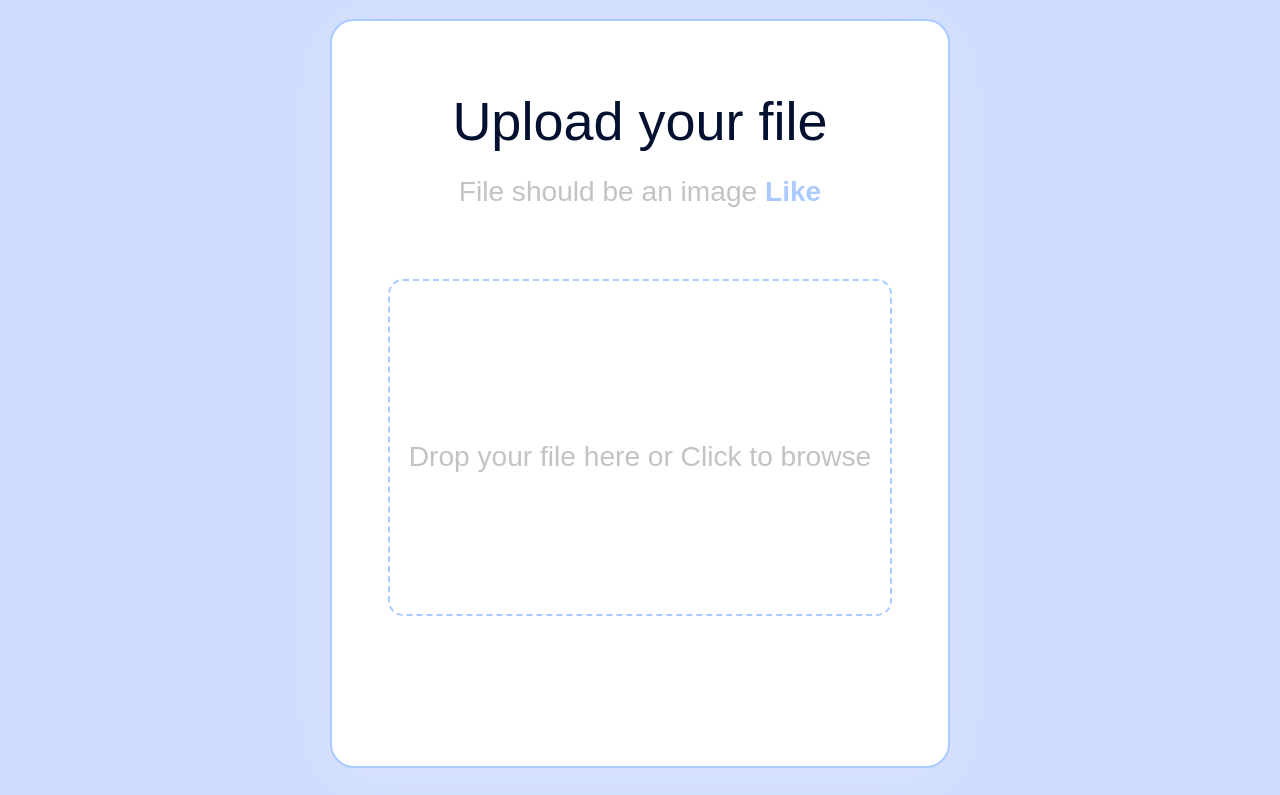
Repository: ThuongDuy/Phan_loai_anh
Page: hcsdlpt/index.html
These files come from the project's save history. The page is drawn as it stood at one moment and after the next save; the edit follows.
The browser window is 1280 px wide. The pictures show the whole page.

Above is the page before, as saved 2023-06-01 17:20:47.

After the next save:
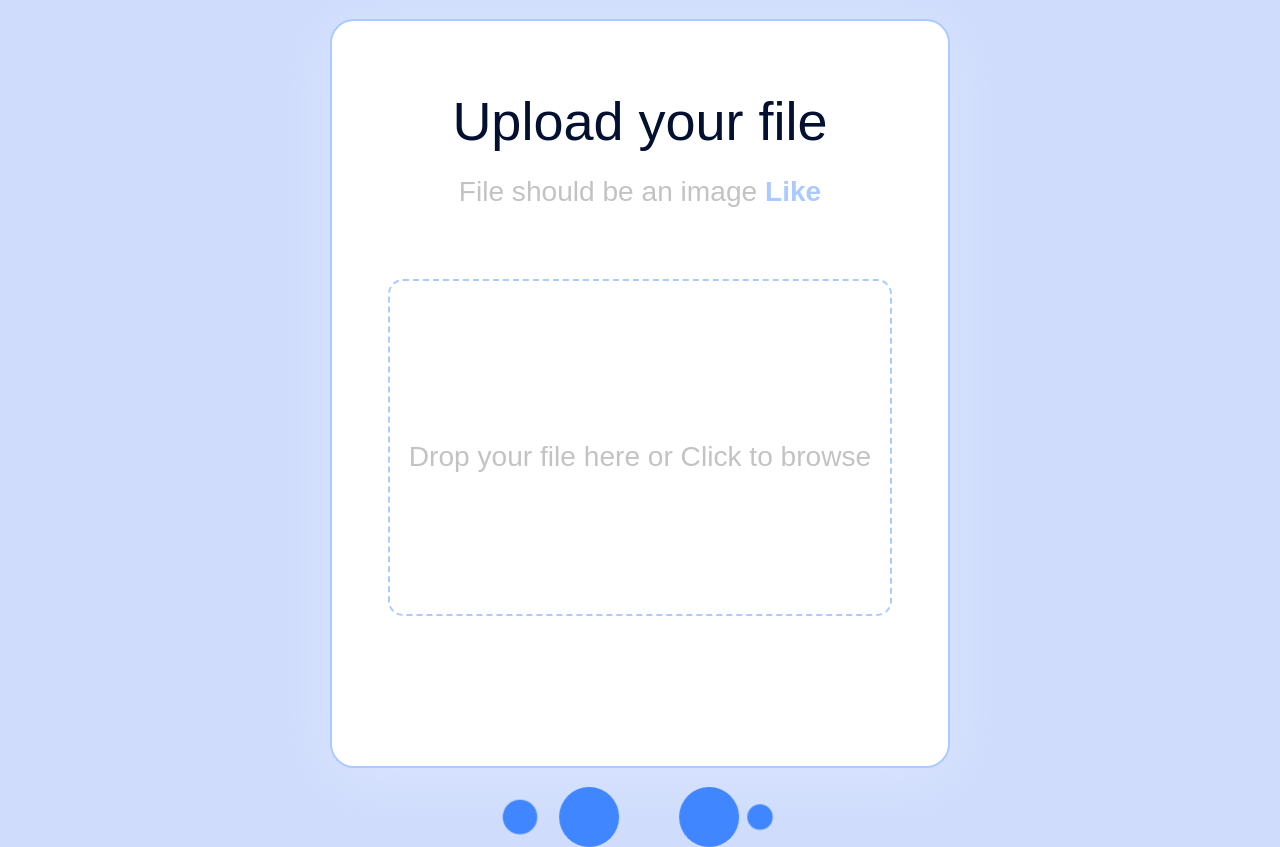
Saved 20 s later.
--- a/hcsdlpt/main.css
+++ b/hcsdlpt/main.css
@@ -582,3 +582,94 @@ body {
         transform: translate(100px, 100px) rotate(112deg);
     }
 }
+
+
+:root {
+    --loading-spinner-size: 2rem;
+    --loading-spinner-gap: 1;
+    /* [1] */
+    --loading-spinner-wrapper: calc(var(--loading-spinner-size) * 3 + var(--loading-spinner-gap) * var(--loading-spinner-size) * 2);
+    /* [2] */
+    --loading-spinner-color: rgb(63, 134, 255);
+
+    --animation-timing: cubic-bezier(0, 1, 1, 0);
+    --animation-duration: 600ms;
+    --animation-count: infinite;
+}
+
+.loading {
+    --spacer: calc(var(--loading-spinner-size) * var(--loading-spinner-gap) + var(--loading-spinner-size));
+    /* [3] */
+    position: relative;
+    width: var(--loading-spinner-wrapper);
+    height: var(--loading-spinner-size);
+    /* border: 1px solid red; */
+    /* [4] */
+}
+
+.loading span {
+    position: absolute;
+    top: 0;
+    width: var(--loading-spinner-size);
+    aspect-ratio: 1 / 1;
+    border-radius: 50%;
+    background: var(--loading-spinner-color);
+    animation-timing-function: var(--animation-timing);
+}
+
+.loading span:nth-child(1) {
+    left: 0;
+    animation: scale-up var(--animation-duration) var(--animation-count);
+}
+
+.loading span:nth-child(2) {
+    left: 0;
+    animation: move-right var(--animation-duration) var(--animation-count);
+}
+
+.loading span:nth-child(3) {
+    left: calc(var(--spacer) * 1);
+    animation: move-right var(--animation-duration) var(--animation-count);
+}
+
+.loading span:nth-child(4) {
+    left: calc(var(--spacer) * 2);
+    animation: scale-down var(--animation-duration) var(--animation-count);
+}
+
+@keyframes scale-up {
+    from {
+        transform: scale(0)
+    }
+
+    to {
+        transform: scale(1)
+    }
+}
+
+@keyframes scale-down {
+    from {
+        transform: scale(1)
+    }
+
+    to {
+        transform: scale(0)
+    }
+}
+
+@keyframes move-right {
+    from {
+        transform: translate(0, 0)
+    }
+
+    to {
+        transform: translate(var(--spacer), 0)
+    }
+
+    /* [3] */
+}
+
+/* General styling */
+* {
+    box-sizing: border-box
+}
